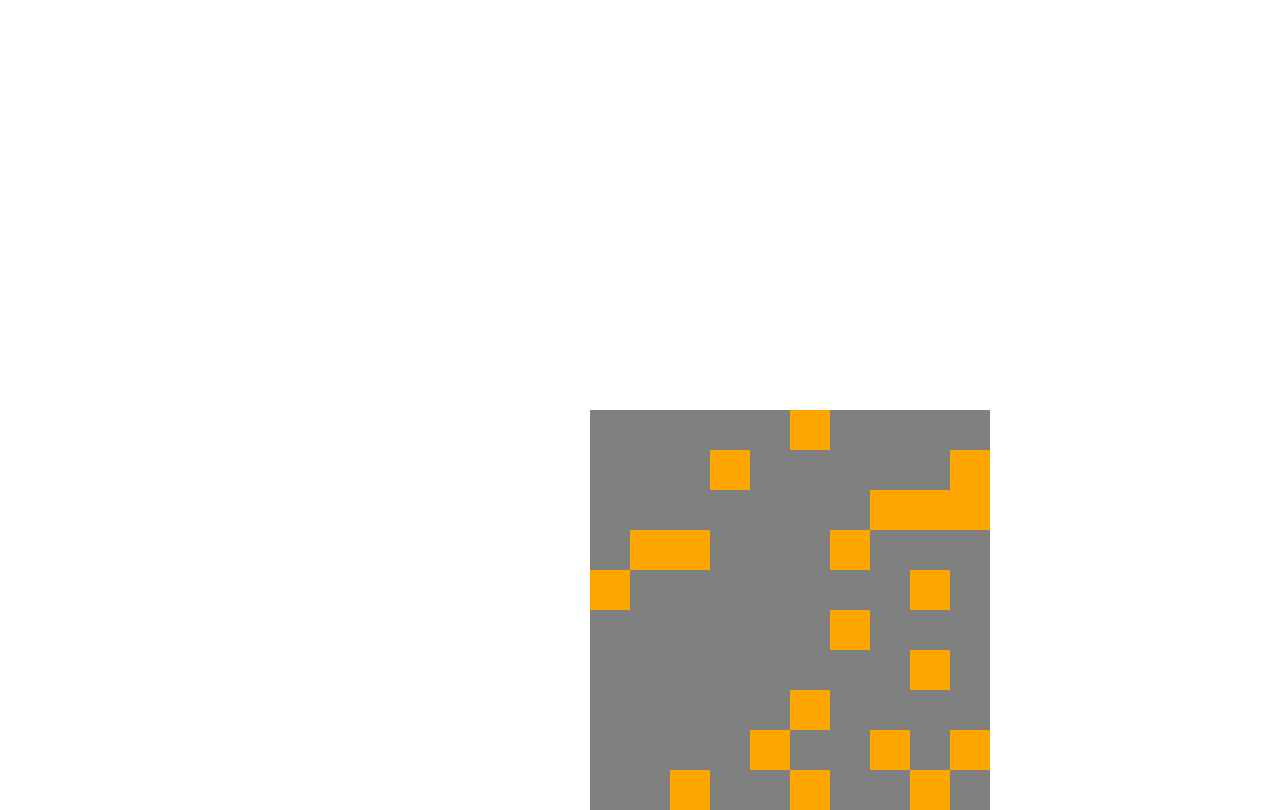
Repository: issaRan/MineSweeper
Page: html/index.html
These files come from the project's save history. The page is drawn as it stood at one moment and after the next save; the edit follows.
The browser window is 1280 px wide. The pictures show the whole page.

Above is the page before, as saved 2020-10-23 15:39:29.

### html/index.html
<!DOCTYPE html>
<html lang="en">
<head>
    <meta charset="UTF-8">
    <meta name="viewport" content="width=device-width, initial-scale=1.0">
    <title>MineSweeper</title>
    <link rel="stylesheet" href="../css/styles.css">
    <script src="../js/index.js" charset="utf-8"></script>
</head>
<body>
  <div class="grid"></div>
</body>
</html>

### css/styles.css
.grid {
    height: 400px;
    width: 400px;
    display: flex;
    flex-wrap: wrap;
    background-color: grey;
    position: absolute;
    top: 50%;
    left: 50%;
    margin-top: 50px;
    margin-left: -50px;
}
.grid div {
    height: 40px;
    width: 40px ;
}

.bomb {
    background-color: orange;
}
.checked{
    background-color: red;
}

### js/index.js
document.addEventListener('DOMContentLoaded',()=>{
    const grid = document.querySelector('.grid')
    let width = 10
    let flag = 0
    let squares = []
    let isGameOver = false
    let bombAamount = 20
    function createBoard(){
        const bombArray = Array(bombAamount).fill('bomb')
        const emptyArray = Array(width*width - bombAamount).fill('valid')
        const gameArray = emptyArray.concat(bombArray)
        const shuffledArray = gameArray.sort(()=> Math.random() -0.5)
        for(let i = 0; i < width*width;i++){
            const sqaure = document.createElement('div')
            sqaure.setAttribute('id',i)
            sqaure.classList.add(shuffledArray[i])
            grid.appendChild(sqaure)
            squares.push(sqaure)
            sqaure.addEventListener('click',(e)=>{
                click(sqaure)
            })
            sqaure.oncontextmenu = function(e){
                e.preventDefault()
                addFlag(sqaure)
            }
        }
        for (let i = 0; i < squares.length; i++) {
            let total = 0
            const isLeftEdge = (i % width === 0)
            const isRightEdge = (i % width === width -1)

            if (squares[i].classList.contains('valid')) {
              if (i > 0 && !isLeftEdge && squares[i -1].classList.contains('bomb')) total ++
              if (i > 9 && !isRightEdge && squares[i + 1 -width].classList.contains('bomb')) total ++
              if (i > 10 && squares[i -width].classList.contains('bomb')) total ++
              if (i > 11 && !isLeftEdge && squares[i -1 -width].classList.contains('bomb')) total ++
              if (i < 98 && !isRightEdge && squares[i +1].classList.contains('bomb')) total ++
              if (i < 90 && !isLeftEdge && squares[i -1 +width].classList.contains('bomb')) total ++
              if (i < 88 && !isRightEdge && squares[i +1 +width].classList.contains('bomb')) total ++
              if (i < 89 && squares[i +width].classList.contains('bomb')) total ++
              squares[i].setAttribute('data', total)
            }
        }
    }
    createBoard()
    function click(square){
        let currentId = square.id
        if(isGameOver) return
        if(square.classList.contains('checked') || square.classList.contains('flag')){
            return
        }
        if(square.classList.contains('bomb')){
            gameOver(square)
        }else{
            let total = square.getAttribute('data')
            if(total != 0){
                square.classList.add('checked')
                square.innerHTML = total
                return
            }
            checkSquare(square,currentId)
        }
        square.classList.add('checked')

    }
    function checkSquare(square,currentId){
        const isLeftEdge = (currentId % width === 0)
        const isRightEdge = (currentId % width === width -1)
        setTimeout(()=>{
            if (currentId > 0 && !isLeftEdge) {
                const newId = squares[parseInt(currentId) -1].id
                //const newId = parseInt(currentId) - 1   ....refactor
                const newSquare = document.getElementById(newId)
                click(newSquare)
              }
              if (currentId > 9 && !isRightEdge) {
                const newId = squares[parseInt(currentId) +1 -width].id
                //const newId = parseInt(currentId) +1 -width   ....refactor
                const newSquare = document.getElementById(newId)
                click(newSquare)
              }
              if (currentId > 10) {
                const newId = squares[parseInt(currentId -width)].id
                const newSquare = document.getElementById(newId)
                click(newSquare)
              }
              if (currentId > 11 && !isLeftEdge) {
                const newId = squares[parseInt(currentId) -1 -width].id

                const newSquare = document.getElementById(newId)
                click(newSquare)
              }
              if (currentId < 98 && !isRightEdge) {
                const newId = squares[parseInt(currentId) +1].id
                const newSquare = document.getElementById(newId)
                click(newSquare)
              }
              if (currentId < 90 && !isLeftEdge) {
                const newId = squares[parseInt(currentId) -1 +width].id
                const newSquare = document.getElementById(newId)
                click(newSquare)
              }
              if (currentId < 88 && !isRightEdge) {
                const newId = squares[parseInt(currentId) +1 +width].id
                const newSquare = document.getElementById(newId)
                click(newSquare)
              }
              if (currentId < 89) {
                const newId = squares[parseInt(currentId) +width].id
                const newSquare = document.getElementById(newId)
                click(newSquare)
              }
        },10)
    }
    function gameOver(square){
        console.log("Boom !")
        isGameOver = true
        squares.forEach(square=> {
            if(square.classList.contains('bomb')){
                square.innerHTML = '💣'
            }
        })
    }
    function addFlag(square){
        if(isGameOver) return
        if(!square.classList.contains('checked') && (flag < bombAamount)) {
            if(!square.classList.contains('flag')){
                square.classList.add('flag')
                square.innerHTML = ' 🚩'
                checkForWin()
                flag++;
            }else{
                square.classList.remove('flag')
                square.innerHTML = ''
                flag--;
            }
        }
    }
    function checkForWin(){
        let matches = 0
        for(let i = 0; i < squares.length;i++){
            if(squares[i].classList.contains('flag') && squares[i].classList.contains('bomb')){
                matches++
            }
            if(matches == bombAamount){
                isGameOver = true
                console.log('You Win !')
            }
        }
    }
})

After the next save:
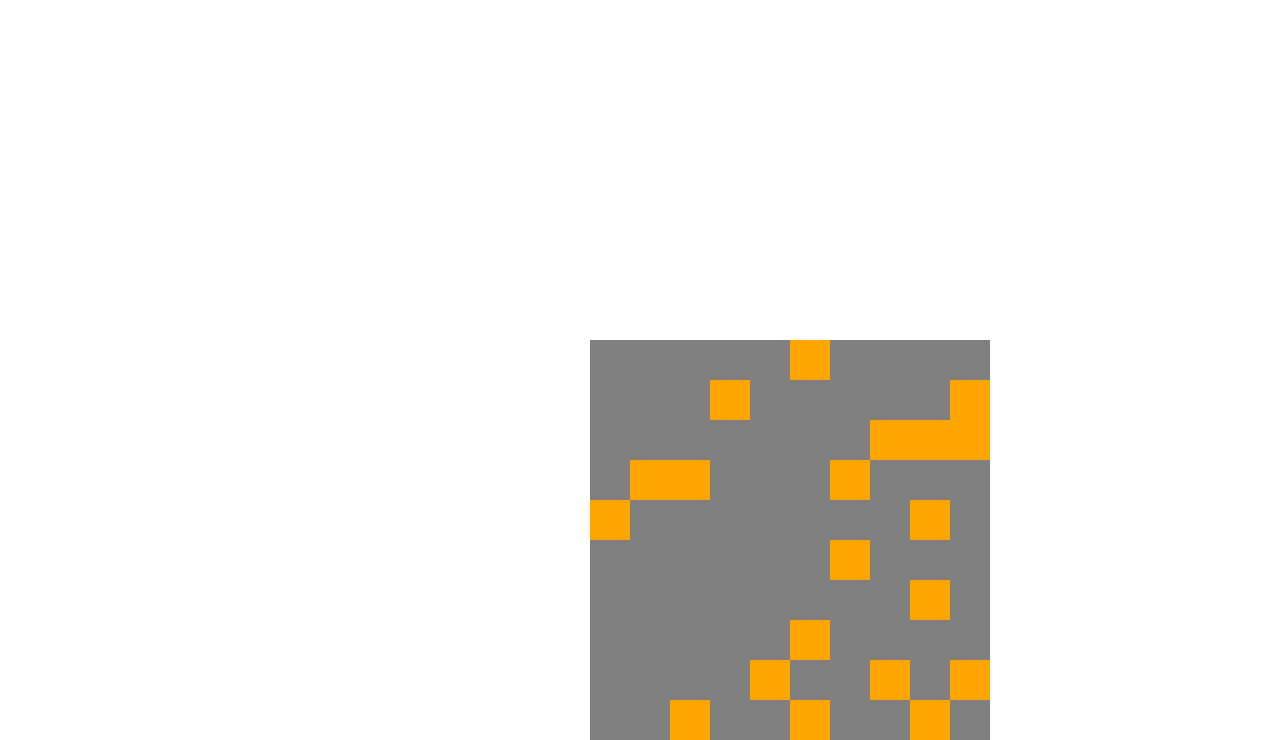
Saved 5 s later.
--- a/css/styles.css
+++ b/css/styles.css
@@ -7,7 +7,7 @@
     position: absolute;
     top: 50%;
     left: 50%;
-    margin-top: 50px;
+    margin-top: -20px;
     margin-left: -50px;
 }
 .grid div {
